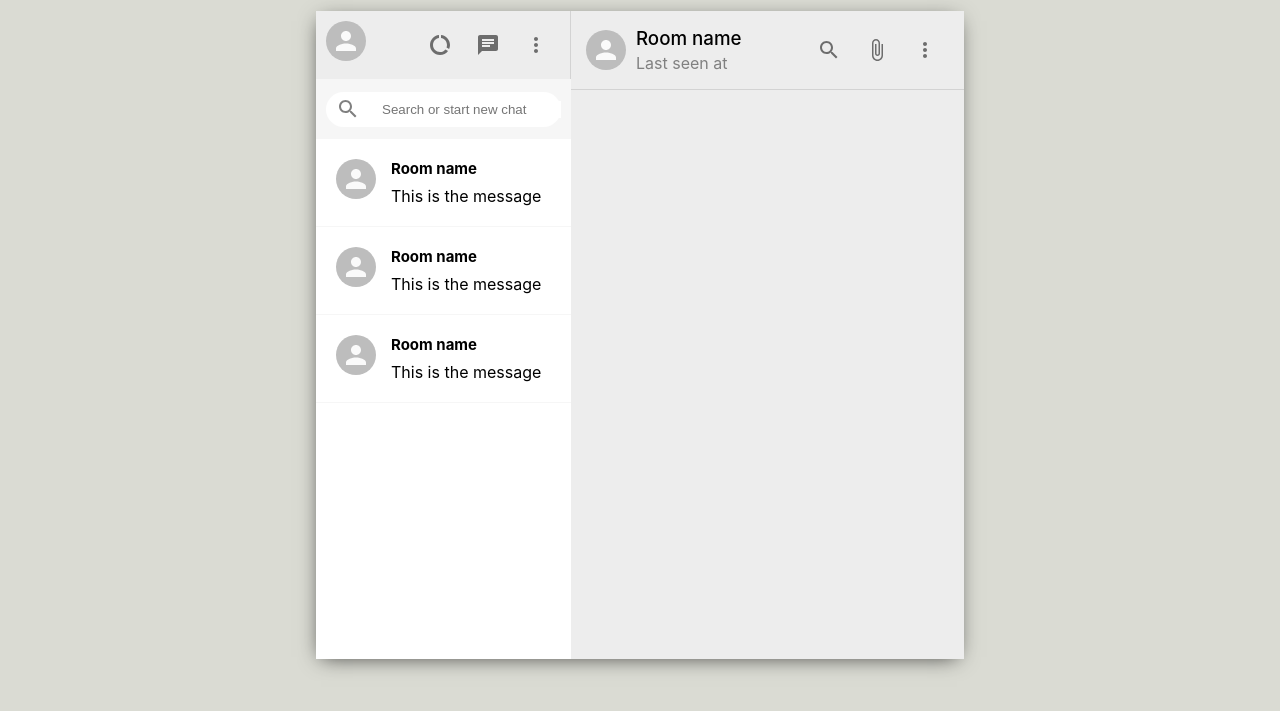
Repository: SayedJamil/WhatsappClone
Page: /
The author's editor kept a copy of each file at every save. The page is drawn from the files as they stood at one save, then again after a run of saves.
The browser window is 1280 px wide. The pictures show the whole page.
The project was rebuilt for these pictures with package versions that can differ from the ones it lists, and the page was loaded fresh each time.

Above is the page before, as saved 2021-06-23 12:20:29.

After the next 13 saves:
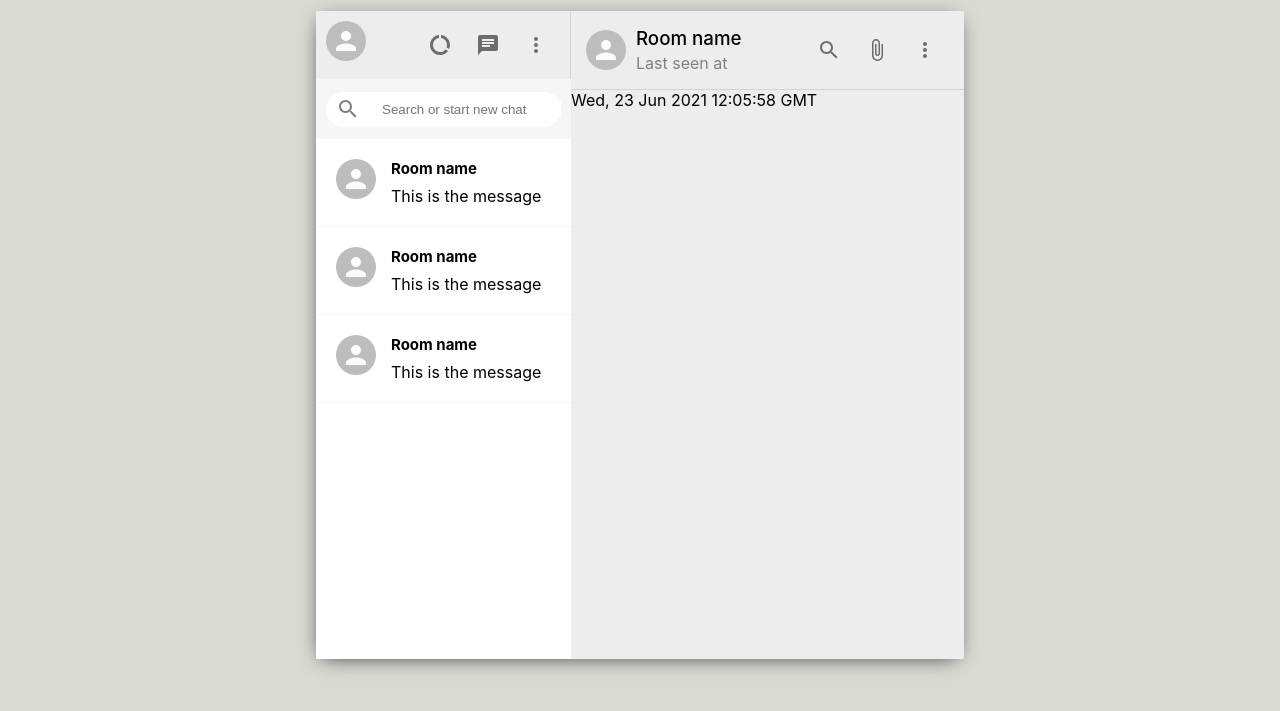
The 13 saves are shown as one change because 5 did not build or start and some came seconds apart.
The last was saved 45 s later.
--- a/src/Chat.js
+++ b/src/Chat.js
@@ -29,7 +29,7 @@ function Chat() {
             <div className="chat_body">
                 <p>
                     <span className="chat_timestamp">
-
+                        {new Date().toUTCString()}
                     </span>
                 </p>
             </div>
